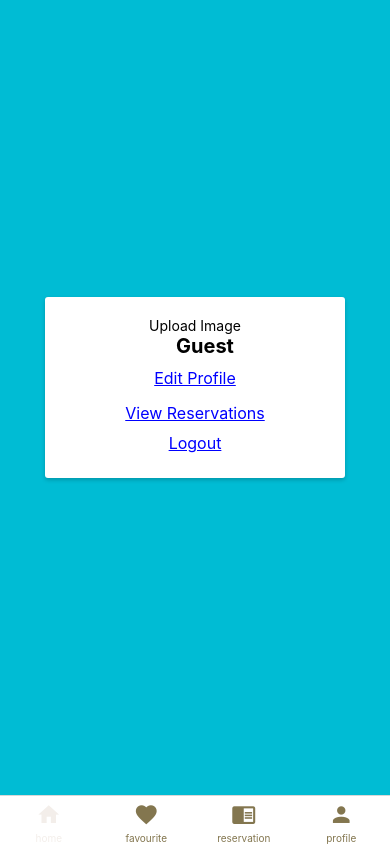
Repository: TemoshoS/restaurant-app
Screen: /profile
These files come from the project's save history. The screen is drawn as it stood at one moment and after the next save; the edit follows.
Pictures or frames that could not be fetched are drawn as grey boxes. The page's requests for data from a server got no answer. The app was drawn by React Native's web renderer in a window 390 px wide. The project was rebuilt for these pictures with package versions that can differ from the ones it lists, and the page was loaded fresh each time. No one was signed in, and anything a server would have sent is missing. Also part of the build but not shown: Screens/LoginScreen.js, Screens/RegisterScreen.js, components/navbar.js, components/search.js, Screens/RestaurantScreen.js, Screens/RestaurantDetailsScreen.js, Screens/MenuScreen.js, Screens/ReservationScreen.js and 5 more.

Above is the screen before, as saved 2023-12-27 14:43:11.

### App.js
// Import necessary components and modules
import React, { useEffect, useState } from 'react';
import { StyleSheet } from 'react-native';
import { NavigationContainer } from '@react-navigation/native';
import { createStackNavigator } from '@react-navigation/stack';
import { createBottomTabNavigator } from '@react-navigation/bottom-tabs';
import LoginScreen from './Screens/LoginScreen';
import HomeScreen from './Screens/HomeScreen';
import RegisterScreen from './Screens/RegisterScreen';
import RestaurantScreen from './Screens/RestaurantScreen';
import RestaurantDetailsScreen from './Screens/RestaurantDetailsScreen';
import MenuScreen from './Screens/MenuScreen';
import ReservationScreen from './Screens/ReservationScreen';
import PastReserevationScreen from './Screens/PastReserevationScreen';
import ProfileScreen from './Screens/ProfileScreen';
import store from './store/store';
import { Provider } from 'react-redux';
import MaterialCommunityIcons from 'react-native-vector-icons/MaterialCommunityIcons';
import FavoriteRestaurantScreen from './Screens/FavoriteRestaurantScreen';
import ForgotPasswordScreen from './Screens/ForgotPasswordScreen'
import Dashboard from './Screens/Dashboard';
import EditProfileScreen from './Screens/editProfileScreen';
import { auth } from './config/firebase';

const Stack = createStackNavigator();
const Tab = createBottomTabNavigator();

export default function App() {
  const [isAdmin, setIsAdmin] = useState(false);

  useEffect(() => {
    const checkAdminStatus = async () => {
      const user = auth.currentUser;
      const isAdminUser = user ? user.email === 'temosho@admin.co' : false;
      setIsAdmin(isAdminUser);
      console.log('isAdmin:', isAdminUser);
    };

    checkAdminStatus();
  }, []);

  function MainStack() {
    return (
      <Stack.Navigator initialRouteName='Welcome'>
        <Stack.Screen name="Restaurants" component={RestaurantScreen} options={{ headerShown: false }} />
        <Stack.Screen name='Welcome' component={HomeScreen} options={{ headerShown: false }} />
        <Stack.Screen name='editProfile' component={EditProfileScreen} options={{ headerShown: true }} />
        <Stack.Screen name='Login' component={LoginScreen} options={{ headerShown: false }} />
        <Stack.Screen name='Register' component={RegisterScreen} options={{ headerShown: false }} />
        <Stack.Screen name='Restaurant info' component={RestaurantDetailsScreen} options={{
          headerShown: true,
          headerStyle: {
            backgroundColor: '#83764F',
          },
          headerTitle: '',
          headerTitleStyle: {
            color: '#F3EEEA',
            fontWeight: 'bold',
            fontSize: 18,
          },
          headerTintColor: '#F3EEEA',
          headerBackTitleVisible: false,
          headerBackImage: () => (
            <MaterialCommunityIcons name="arrow-left" size={24} color="#F3EEEA" />
          ),
        }}  />
        <Stack.Screen name='Menu' component={MenuScreen} options={{
          headerShown: true,
          headerStyle: {
            backgroundColor: '#83764F',
          },
          headerTitle: '',
          headerTitleStyle: {
            color: '#F3EEEA',
            fontWeight: 'bold',
            fontSize: 18,
          },
          headerTintColor: '#F3EEEA',
          headerBackTitleVisible: false,
          headerBackImage: () => (
            <MaterialCommunityIcons name="arrow-left" size={24} color="#F3EEEA" />
          ),
        }} />
        {!isAdmin && (
          <Stack.Screen name='ReservationScreen' component={ReservationScreen} options={{
            headerShown: true,
            headerStyle: {
              backgroundColor: '#83764F',
            },
            headerTitle: '',
            headerTitleStyle: {
              color: '#F3EEEA',
              fontWeight: 'bold',
              fontSize: 18,
            },
            headerTintColor: '#F3EEEA',
            headerBackTitleVisible: false,
            headerBackImage: () => (
              <MaterialCommunityIcons name="arrow-left" size={24} color="#F3EEEA" />
            ),
          }}/>
        )}
        <Stack.Screen name='profile' component={ProfileScreen} options={{ headerShown: false }} />
        <Stack.Screen name='dashboard' component={Dashboard} options={{ headerShown: false }} />
        <Stack.Screen name='ForgotPasswordScreen' component={ForgotPasswordScreen} options={{ headerShown: false }} />
      </Stack.Navigator>
    );
  }

  function TabNavigator() {


    return (
      <Tab.Navigator
        tabBarOptions={{
          activeTintColor: '#F3EEEA',
          inactiveTintColor: '#83764F',
        }}
      >
        <Tab.Screen
          name="home"
          component={MainStack}
          options={{
            headerShown: false,
            tabBarIcon: ({ color, size }) => (
              <MaterialCommunityIcons name="home" color={color} size={size} />
            ),
          }}
        />
        {!isAdmin && (
          <Tab.Screen
            name="favourite"
            component={FavoriteRestaurantScreen}
            options={{
              headerShown: false,
              tabBarIcon: ({ color, size }) => (
                <MaterialCommunityIcons name="heart" color={color} size={size} />
              ),
            }}
          />
        )}
        {!isAdmin && (
          <Tab.Screen
            name="reservation"
            component={PastReserevationScreen}
            options={{
              headerShown: false,
              tabBarIcon: ({ color, size }) => (
                <MaterialCommunityIcons name="book-open" color={color} size={size} />
              ),
            }}
          />
        )}
        <Tab.Screen
          name="profile"
          component={ProfileScreen}
          options={{
            headerShown: false,
            tabBarIcon: ({ color, size }) => (
              <MaterialCommunityIcons name="account" color={color} size={size} />
            ),
          }}
        />
      </Tab.Navigator>
    );
  }

  return (
    <Provider store={store}>
      <NavigationContainer>
        <TabNavigator />
      </NavigationContainer>
    </Provider>
  );
}

const styles = StyleSheet.create({
  container: {
    flex: 1,
    backgroundColor: 'black',
    alignItems: 'center',
    justifyContent: 'center',
  },
});

### Screens/HomeScreen.js
import { StyleSheet, Text, View, Image, TouchableOpacity } from 'react-native'
import { useState, useEffect } from 'react';
import { FontAwesome } from '@expo/vector-icons';
import { getAuth, onAuthStateChanged } from 'firebase/auth';
import { useNavigation } from '@react-navigation/native';
import { auth } from '../config/firebase';

const HomeScreen = () => {
    const [user, setUser] = useState(null);
    const navigation = useNavigation();

    useEffect(() => {
        const auth = getAuth();


        const unsubscribe = onAuthStateChanged(auth, (authUser) => {
          if (authUser) {
            setUser(authUser);
          } else {
            setUser(null);
          }
        });

        return () => unsubscribe();
      }, []);




  return (
      <View style={styles.container}>

          <View >
              <FontAwesome style={styles.circle} name="circle" size={140} color="#D9D9D9" />
          </View>

          <Image
              source={require('../assets/cartoon-1299636_1920.png')}
              style={{ width: 200, height: 265.56 }}
          />


          <Text style={styles.welcomeTxt}>Welcome!</Text>
          <Text style={styles.dineTxt}>Dine with your friends</Text>


          <View>
              <TouchableOpacity
                  style={styles.getButton}
                  onPress={() => {
                      if (user) {
                          navigation.navigate('Restaurants')
                      } else {
                          navigation.navigate('Login')
                      }
                  }}
              >
                  <Text style={styles.getTxt}>Get started</Text>

              </TouchableOpacity>
          </View>

      </View>
  )
}

export default HomeScreen

const styles = StyleSheet.create({
    container:{
        flex:1,

        height: 932,
        justifyContent: 'center',
        alignItems:'center',
        backgroundColor: '#83764F',
    },
    circle:{
        marginLeft: 370,
        marginTop: -160,

    },
    welcomeTxt:{
        fontSize: 64,
        fontFamily: 'italiana',
        marginTop: 100,
        color: '#ccc',

    },
    dineTxt:{
        fontSize: 20,
        fontFamily: 'Nothing You Could Do',
        marginBottom: 150,
        color: '#ccc',

    },
    getButton:{
        alignItems: 'center',
        justifyContent: 'center',
        backgroundColor: '#ccc',
        width: 304,
        height: 78,
        borderRadius: 30
    },
    getTxt:{
        color: '#83764F',
        fontSize: 24,
        fontWeight:'bold'
    }
})

### Screens/ProfileScreen.js
import React, { useState, useEffect } from 'react';
import { View, Text, TouchableOpacity, StyleSheet, Image } from 'react-native';
import { getAuth, onAuthStateChanged, signOut } from 'firebase/auth';
import { useNavigation } from '@react-navigation/native';
import * as ImagePicker from 'expo-image-picker';



const ProfileScreen = () => {
  const [currentUser, setCurrentUser] = useState(null);
  const [loading, setLoading] = useState(false);
  const navigation = useNavigation();
  const auth = getAuth();
  const user = auth.currentUser;
  const userId = user ? user.uid : null;
  const isAdmin = user ? user.email === 'temosho@admin.co' : false;
  const [image, setImage] = useState(null);
  useEffect(() => {
    const unsubscribe = onAuthStateChanged(auth, (user) => {
      if (user) {
        setCurrentUser(user.displayName);
      } else {
        setCurrentUser(null);
      }
    });

    return () => unsubscribe();
  }, []);

  const onLogout = () => {
    setLoading(true);

    signOut(auth)
      .then(() => {
        setLoading(false);
        navigation.navigate('Welcome');
      })
      .catch((error) => {
        setLoading(false);
        console.error('Logout error:', error);
      });
  };

  const navigateToPastReservations = () => {
    navigation.navigate('reservation');
  };

  const navigateToEditProfile = () => {
    navigation.navigate('editProfile');
  }

  const adminOrders = () => {
    navigation.navigate('dashboard');
  };

  const pickImage = async () => {
    try {
      let result = await ImagePicker.launchImageLibraryAsync({
        mediaTypes: ImagePicker.MediaTypeOptions.Images,
        allowsEditing: true,
        aspect: [4, 3],
        quality: 1,
      });

      if (!result.cancelled) {
        setImage(result.uri);


        const contentType = "image/jpeg";

        const response = await fetch(result.uri);
        const blob = await response.blob();


        const imageRef = ref(storage, `restaurantImages/${newMenuItem.menuName}`);
        await uploadBytes(imageRef, blob, { contentType });
      }
    } catch (error) {
      console.error('Error picking image:', error);
    }
  };

  return (
    <View style={styles.container}>
      <View style={styles.card}>
      {image ? (
          <Image
            source={{ uri: image }}
            style={styles.profileImage}
          />
        ) : (
          <Image
          source={{ uri: 'https://bootdey.com/img/Content/avatar/avatar6.png' }}
            style={styles.defaultProfileImage}
          />
        )}
        <TouchableOpacity style={styles.modalButton} onPress={pickImage}>
              <Text style={styles.modalButtonText}>Upload Image</Text>
            </TouchableOpacity>
        <View style={styles.profileInfo}>
          <Text style={styles.profileName}>{currentUser ? currentUser : 'Guest'}</Text>
          {user && <Text style={styles.profileEmail}>Email: {user.email}</Text>}
        </View>

        <TouchableOpacity onPress={navigateToEditProfile}>
          <Text style={styles.editProfileButton}>Edit Profile</Text>
        </TouchableOpacity>

        {loading && <ActivityIndicator size="small" color="#0000ff" />}

        {isAdmin ? (
          <TouchableOpacity onPress={adminOrders}>
            <Text style={styles.logoutText}>Dashboard</Text>
          </TouchableOpacity>
        ) : (
          <TouchableOpacity onPress={navigateToPastReservations}>
            <Text style={styles.logoutText}>View Reservations</Text>
          </TouchableOpacity>
        )}
        <TouchableOpacity onPress={onLogout} disabled={loading}>
          <Text style={styles.logoutText}>Logout</Text>
        </TouchableOpacity>
      </View>
    </View>
  );
};

const styles = StyleSheet.create({
  container: {
    flex: 1,
    alignItems: 'center',
    justifyContent: 'center',
    backgroundColor: '#00bcd4',
  },
  card: {
    width: 300,
    padding: 20,
    borderRadius: 3,
    backgroundColor: 'white',
    shadowColor: 'black',
    shadowOffset: { width: 0, height: 2 },
    shadowOpacity: 0.2,
    shadowRadius: 4,
    elevation: 3,
    marginBottom: 20,
    alignItems: 'center',
    justifyContent: 'center',
  },
  profileImage: {
    width: 120,
    height: 120,
    borderRadius: 60,
  },
  profileInfo: {
    marginLeft: 20,
  },
  profileName: {
    fontSize: 20,
    fontWeight: 'bold',
  },
  profileEmail: {
    fontSize: 16,
  },
  profileBio: {
    fontSize: 14,
    color: '#5A5A5A',
    marginTop: 5,
  },
  editProfileButton: {
    color: 'blue',
    fontSize: 16,
    textDecorationLine: 'underline',
    marginVertical: 10,
  },
  badgesCard: {
    flexDirection: 'row',
    padding: 10,
    borderRadius: 3,
    backgroundColor: '#00bcd4',
    color: '#fff',
    width: 280,
    shadowColor: 'black',
    shadowOffset: { width: 0, height: 2 },
    shadowOpacity: 0.2,
    shadowRadius: 4,
    elevation: 3,
    position: 'absolute',
    bottom: 10,
  },
  badgeIcon: {
    fontSize: 16,
    margin: 0,
    opacity: 0.6,
    marginRight: 6,
  },
  logoutText: {
    color: 'blue',
    fontSize: 16,
    textDecorationLine: 'underline',
    marginVertical: 5,
  },
});

export default ProfileScreen;

### store/store.js
import { createStore, applyMiddleware, combineReducers } from 'redux';
import thunk from 'redux-thunk';
import restaurantsReducer from '../reducers/restaurantsReducer';
import reserveReducer from '../reducers/reserveReducer';
import authReducer from '../reducers/authReducer';
import favoriteRestaurantsReducer from '../reducers/favoriteRestaurantsReducer';


const rootReducer = combineReducers({
  restaurants: restaurantsReducer,
  reservation: reserveReducer,
  auth: authReducer,
  favoriteRestaurants: favoriteRestaurantsReducer,

});

const store = createStore(rootReducer, applyMiddleware(thunk));

export default store;

### config/firebase.js
// Import the functions you need from the SDKs you need
import { initializeApp } from "firebase/app";
import { getAnalytics } from "firebase/analytics";

import {getAuth} from 'firebase/auth';
import {getFirestore} from 'firebase/firestore'
// TODO: Add SDKs for Firebase products that you want to use
// https://firebase.google.com/docs/web/setup#available-libraries

// Your web app's Firebase configuration
// For Firebase JS SDK v7.20.0 and later, measurementId is optional
const firebaseConfig = {
  apiKey: "AIzaSyDa4_cUmrR60k82VypxJ_US-F7FEiItCL4",
  authDomain: "restaurant-app-da7bc.firebaseapp.com",
  projectId: "restaurant-app-da7bc",
  storageBucket: "restaurant-app-da7bc.appspot.com",
  messagingSenderId: "598136487640",
  appId: "1:598136487640:web:f77577fdc1710db8c1a1ad",
  measurementId: "G-6D4DHL06Z0"
};

// Initialize Firebase
const app = initializeApp(firebaseConfig);
const analytics = getAnalytics(app);

const auth = getAuth(app)
const db = getFirestore(app)
export {auth, db}

### actions/authActions.js
import { sendPasswordResetEmail } from 'firebase/auth';
import { auth } from '../config/firebase';
import { getAuth, onAuthStateChanged, signOut } from 'firebase/auth';
export const LOGIN_SUCCESS = 'LOGIN_SUCCESS';
export const REGISTER_SUCCESS = 'REGISTER_SUCCESS';
export const FORGOT_PASSWORD_REQUEST = 'FORGOT_PASSWORD_REQUEST';
export const FORGOT_PASSWORD_SUCCESS = 'FORGOT_PASSWORD_SUCCESS';
export const FORGOT_PASSWORD_FAILURE = 'FORGOT_PASSWORD_FAILURE';
export const LOGOUT = 'LOGOUT';

export const loginSuccess = (user) => ({
  type: LOGIN_SUCCESS,
  payload: user,
});

export const registerSuccess = (user) => ({
  type: REGISTER_SUCCESS,
  payload: user,
});

export const forgotPasswordRequest = () => ({
  type: FORGOT_PASSWORD_REQUEST,
});

export const forgotPasswordSuccess = () => ({
  type: FORGOT_PASSWORD_SUCCESS,
});

export const forgotPasswordFailure = (error) => ({
  type: FORGOT_PASSWORD_FAILURE,
  payload: error,
});

export const forgotPassword = (email) => {
  return async (dispatch) => {
    dispatch(forgotPasswordRequest());

    try {
      await sendPasswordResetEmail(auth, email);
      dispatch(forgotPasswordSuccess());
    } catch (error) {
      dispatch(forgotPasswordFailure(error));
    }
  };
};

export const logout = () => ({
  type: LOGOUT,
});

### actions/restaurant.js
import { db } from "../config/firebase";
import { collection ,getDocs} from "firebase/firestore";

export const FETCH_RESTAURANTS = 'FETCH_RESTAURANTS';

export const fetchRestaurants = () => {
  return async (dispatch) => {
    const restaurantsCollection = collection(db, 'restaurants');
    const snapshot = await getDocs(restaurantsCollection);
    const restaurants = [];
    snapshot.forEach((doc) => {
      restaurants.push(doc.data());
    });
    dispatch({ type: FETCH_RESTAURANTS, payload: restaurants });
  };
};

### actions/reserveAction.js
import { db } from "../config/firebase";
import { collection, addDoc, getDocs, query, where } from "firebase/firestore";

export const RESERVE_SUCCESS = "RESERVE_SUCCESS";
export const RESERVE_FAILURE = "RESERVE_FAILURE";
export const FETCH_ALL_RESERVATIONS = 'FETCH_ALL_RESERVATIONS';
export const FETCH_PAST_RESERVATIONS = 'ETCH_PAST_RESERVATIONS';


export const reserveTable = (reservationData) => {
  return async (dispatch) => {
    try {
      // Save the reservation data to Firestore
      const ordersCollection = collection(db, "Orders");
      const docRef = await addDoc(ordersCollection, reservationData);


      dispatch({ type: RESERVE_SUCCESS, payload: docRef });
    } catch (error) {

      dispatch({ type: RESERVE_FAILURE, payload: error.message });
    }
  };
};

export const fetchPastReservations = (userId) => {
  return async (dispatch) => {
    try {

      //query to fetch reservations based on the userId
      const reservationsCollection = collection(db, 'Orders');
      const userQuery = query(reservationsCollection, where('userId', '==', userId));

      const snapshot = await getDocs(userQuery);

      const pastReservations = [];
      snapshot.forEach((doc) => {
        pastReservations.push(doc.data());
      });


      dispatch({ type: FETCH_PAST_RESERVATIONS, payload: pastReservations });
    } catch (error) {
      // Handle errors
      console.error('Error fetching past reservations:', error);
    }
  };
}


export const fetchAllReservations = () => {
  return async (dispatch) => {
    try {
      // Query to fetch all reservations
      const reservationsCollection = collection(db, 'Orders');
      const snapshot = await getDocs(reservationsCollection);
      const allReservations = [];

      snapshot.forEach((doc) => {
        allReservations.push(doc.data());
      });

      dispatch({ type: FETCH_ALL_RESERVATIONS, payload: allReservations });
    } catch (error) {
      console.error('Error fetching all reservations:', error);
    }
  };
};

### reducers/restaurantsReducer.js
import { FETCH_RESTAURANTS } from "../actions/restaurant";


const initialState = {
    restaurants: [],
};

const restaurantsReducer = (state = initialState, action) =>{

    switch (action.type) {
        case FETCH_RESTAURANTS:
          return { ...state, restaurants: action.payload };
        default:
          return state;
      }


};

export default restaurantsReducer;

### reducers/reserveReducer.js
import { RESERVE_SUCCESS, RESERVE_FAILURE, FETCH_PAST_RESERVATIONS,FETCH_ALL_RESERVATIONS } from "../actions/reserveAction";

const initialState = {
  reservationSuccess: null,
  reservationError: null,
  pastReservations: [],
  allReservations: [],
  loading: false,
};

const reserveReducer = (state = initialState, action) => {
  switch (action.type) {
    case RESERVE_SUCCESS:
      return { ...state, reservationSuccess: action.payload, reservationError: null };
    case RESERVE_FAILURE:
      return { ...state, reservationSuccess: null, reservationError: action.payload };
    case FETCH_PAST_RESERVATIONS:
      return { ...state, pastReservations: action.payload };
      case FETCH_ALL_RESERVATIONS:
        return { ...state, allReservations: action.payload, loading: false };
    default:
      return state;
  }
};

export default reserveReducer;

### reducers/authReducer.js
import {
  LOGIN_SUCCESS,
  REGISTER_SUCCESS,
  LOGOUT ,
  FORGOT_PASSWORD_REQUEST,
  FORGOT_PASSWORD_SUCCESS,
  FORGOT_PASSWORD_FAILURE,} from '../actions/authActions';

const initialState = {
  user: null,
  isAuthenticated: false,
  forgotPasswordLoading: false,
  forgotPasswordSuccess: false,
  forgotPasswordError: null,

};

const authReducer = (state = initialState, action) => {
  switch (action.type) {
    case LOGIN_SUCCESS:
    case REGISTER_SUCCESS:
      return {
        ...state,
        user: action.payload,
        isAuthenticated: true,
      };
      case FORGOT_PASSWORD_REQUEST:
        return {
          ...state,
          forgotPasswordLoading: true,
          forgotPasswordSuccess: false,
          forgotPasswordError: null,
        };
      case FORGOT_PASSWORD_SUCCESS:
        return {
          ...state,
          forgotPasswordLoading: false,
          forgotPasswordSuccess: true,
          forgotPasswordError: null,
        };
      case FORGOT_PASSWORD_FAILURE:
      return {
        ...state,
        forgotPasswordLoading: false,
        forgotPasswordSuccess: false,
        forgotPasswordError: action.payload,
      };
    case LOGOUT:
      return {
        ...state,
        user: null,
        isAuthenticated: false,
      };
    default:
      return state;
  }
};

export default authReducer;

### reducers/favoriteRestaurantsReducer.js
import { FETCH_FAV_RESTAURANTS } from "../actions/favoriteRestaurantActions";


const initialState = {
    favRestaurants: [],
};

const favRestaurantsReducer = (state = initialState, action) =>{

    switch (action.type) {
        case FETCH_FAV_RESTAURANTS:
          return { ...state, favRestaurants: action.payload };
        default:
          return state;
      }


};

export default favRestaurantsReducer;

### actions/favoriteRestaurantActions.js
import { db } from "../config/firebase";
import { collection ,getDocs} from "firebase/firestore";

export const FETCH_FAV_RESTAURANTS = 'FETCH_FAV_RESTAURANTS';

export const fetchFavouriteRestaurants = () => {
  return async (dispatch) => {
    const restaurantsCollection = collection(db, 'favouriteRestaurants');
    const snapshot = await getDocs(restaurantsCollection);
    const favRestaurants = [];
    snapshot.forEach((doc) => {
      favRestaurants.push(doc.data());
    });
    dispatch({ type: FETCH_FAV_RESTAURANTS, payload: favRestaurants });
  };
};

After the next save:
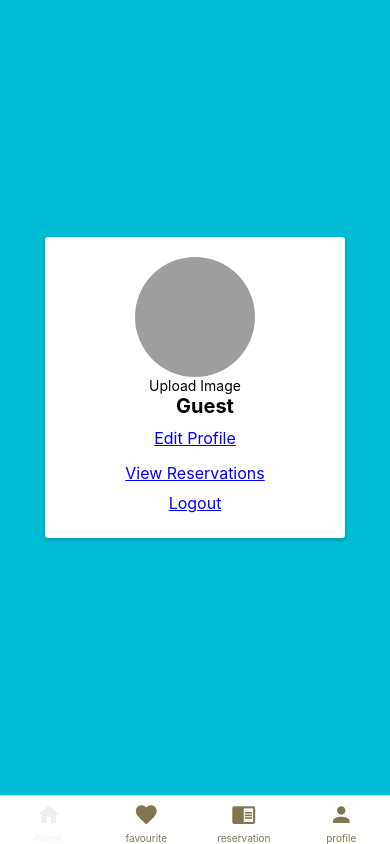
Saved 49 s later.
--- a/Screens/ProfileScreen.js
+++ b/Screens/ProfileScreen.js
@@ -91,7 +91,7 @@ const ProfileScreen = () => {
         ) : (
           <Image
           source={{ uri: 'https://bootdey.com/img/Content/avatar/avatar6.png' }}
-            style={styles.defaultProfileImage}
+            style={styles.profileImage}
           />
         )}
         <TouchableOpacity style={styles.modalButton} onPress={pickImage}>
